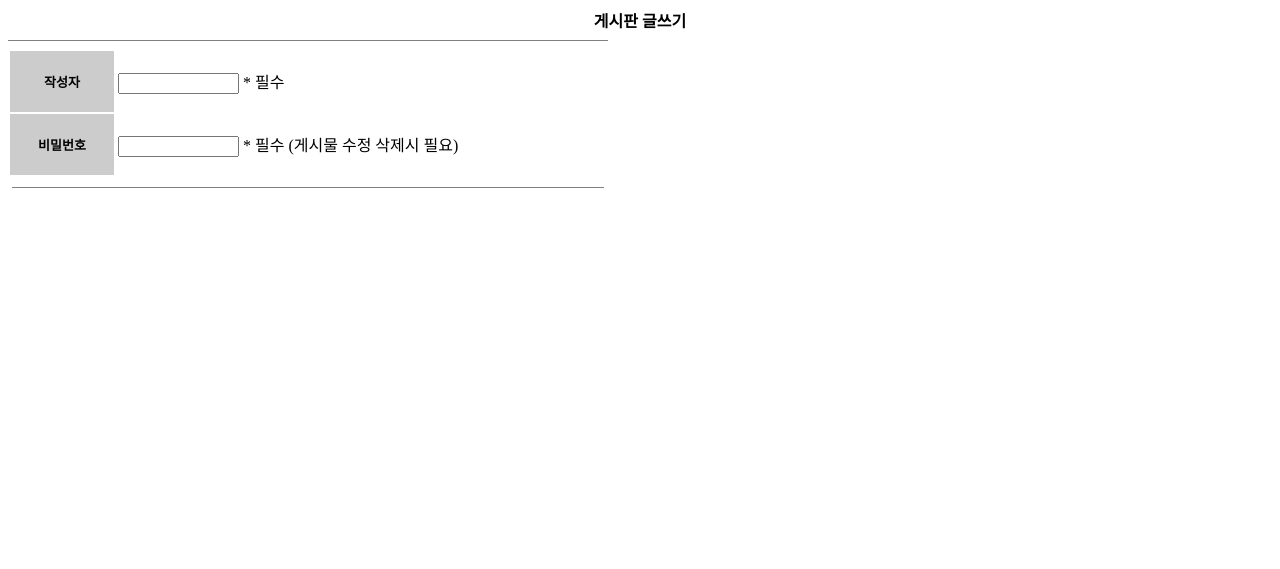
Repository: kalmia26/Capstone
Page: http://localhost/LectureSystem/write2.jsp
The author's editor kept a copy of each file at every save. The page is drawn from the files as they stood at one save, then again after the next save.
The browser window is 1280 px wide. The pictures show the whole page.
The page is served by Tomcat 9. Other server files are loaded and not shown.

Above is the page before, as saved 2017-05-08 22:07:13.

### LectureSystem/WebContent/write2.jsp
<%@ page language="java" contentType="text/html; charset=EUC-KR"
    pageEncoding="EUC-KR"%>
<!DOCTYPE html PUBLIC "-//W3C//DTD HTML 4.01 Transitional//EN" "http://www.w3.org/TR/html4/loose.dtd">
<html>
<head>
<meta http-equiv="Content-Type" content="text/html; charset=EUC-KR">
<title>게시판</title>

<SCRIPT language="JavaScript">
function Check() {
	if(Write.name.value.length < 1) {
		alert("작성자를 입력하세요");
		Write.name.focus();
			return false;
	}
	if(Write.pass.value.length < 1) {
		alert("비밀번호를 입력하세요");
		Write.name.focus();
			return false;
	}

	if(Write.title.value.length < 1) {
		alert("제목을 입력하세요.");
		Write.write_title.focus();
			return false;
	}
	if(Write.contents.value.length < 1) {
		alert("글 내용을 입력하세요.");
		Write.content.focus();
			return false;
	}

Write.submit();
}
</SCRIPT>
</head>

<body>
<center> <font size='3'> <b> 게시판 글쓰기 </b></font></center>
<table border='0' width='600' cellpadding='0' cellspacing='0'>
	<tr>
		<td><hr size='1' noshade></td>
	</tr>
</table>

<form Name='write1' action="write_input.jsp" Method='post' onsubmit="return Check()">
	<table border='0' width='600' cellpadding='2' cellspacing='2'>
		<tr>
			<td width='100' bgcolor='cccccc'>
				<font size='2'><center><b>작성자</b></center></font>
			</td>
			<td>
				<p><input type='text' size='12' name='name'> * 필수 </p>
			</td>
		</tr>

		<tr>
			<td width='100' bgcolor='cccccc'>
				<font size='2'><center><b>비밀번호</b></center></font>
			</td>
			<td>
				<p><input type='text' size='12' name='pass'> * 필수 (게시물 수정 삭제시 필요)</p>
			</td>
		</tr>

		<tr>
			<td colspan='2'>
				<hr size='1' noshade>
			</td>
		</tr>



	</table>

</form>

</body>
</html>

After the next save:
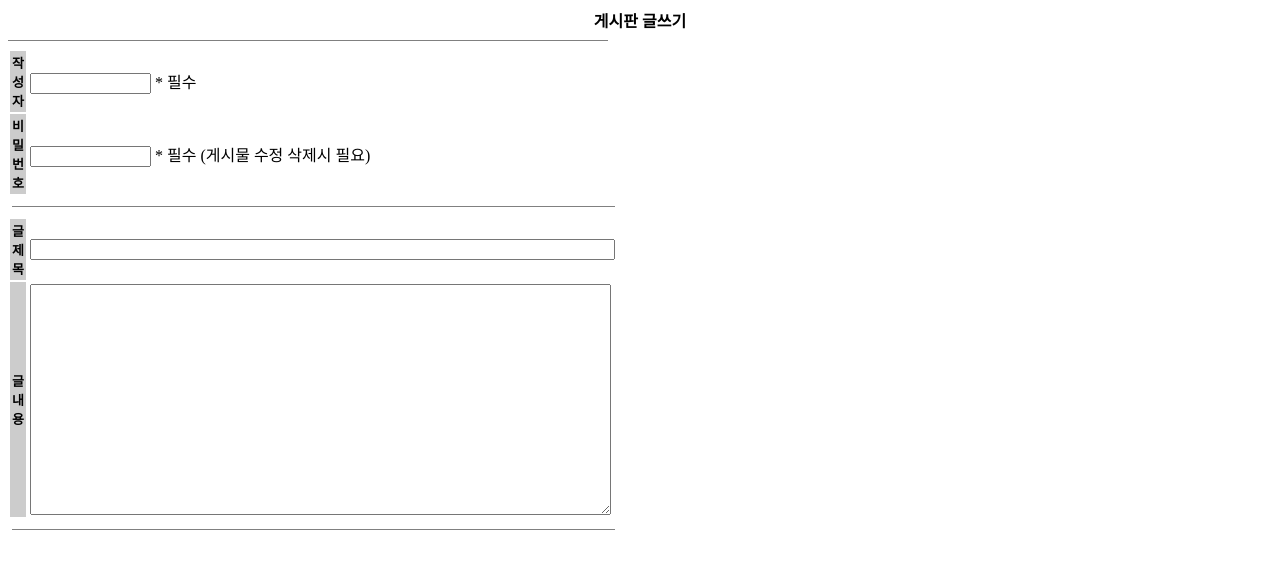
Saved 60 min 42 s later.
--- a/LectureSystem/WebContent/write2.jsp
+++ b/LectureSystem/WebContent/write2.jsp
@@ -69,6 +69,33 @@ Write.submit();
 			</td>
 		</tr>
 
+		<tr>
+			<td width='100' bgcolor='cccccc'>
+				<font size='2'><center><b>글 제목</b></center></font>
+			</td>
+			<td>
+				<font size='2'><input type='text' size='70' maxlength='50' name='title'></font>
+			</td>
+		</tr>
+
+		<tr>
+			<td bgcolor='cccccc'>
+				<font size='2'><center><b>글 내용</b></center></font>
+			</td>
+			<td>
+				<font size='2'>
+				<textarea cols='70' rows='15' wrap='virtual' name='contents'></textarea></font>
+			</td>
+		</tr>
+
+		<tr>
+			<td colspan='2'>
+				<hr size='1' noshade>
+			</td>
+		</tr>
+
+		<tr>
+
 
 
 	</table>
